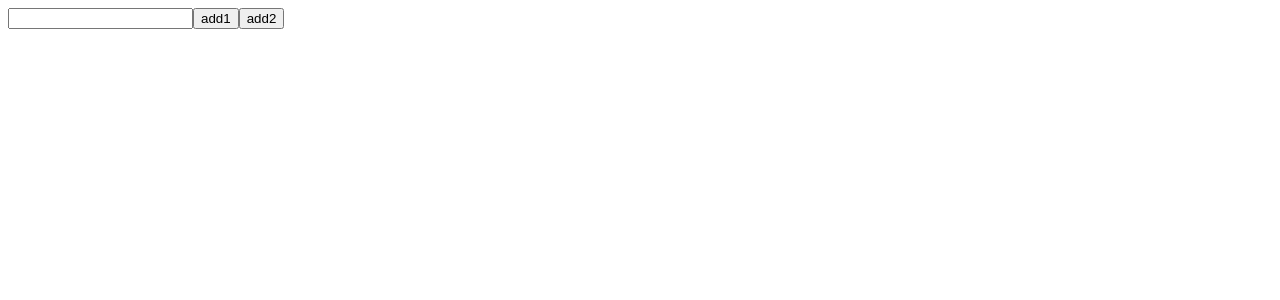
Repository: ysl200/111
Page: / (app in react/frontend/)
An editor plug-in stored every save of this project. The page is shown before and after the next save, followed by the edit.
The browser window is 1280 px wide. The pictures show the whole page.
The project was rebuilt for these pictures with package versions that can differ from the ones it lists, and the page was loaded fresh each time.

Above is the page before, as saved 2024-01-03 10:41:46.

After the next save:
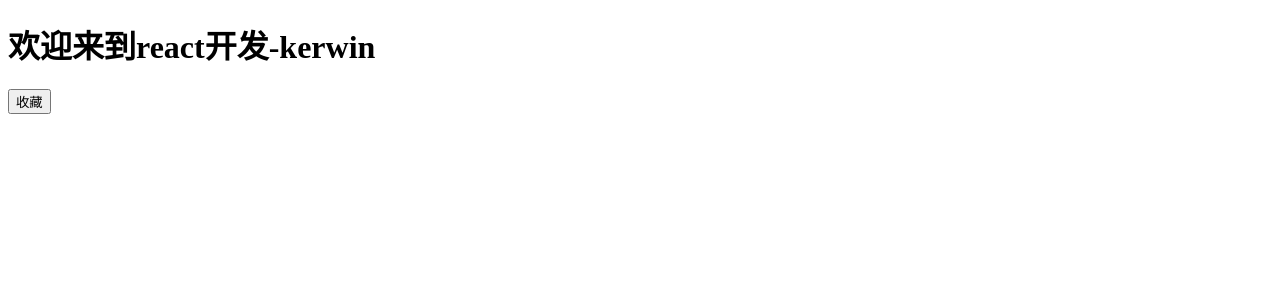
Saved 47 s later.
--- a/react/frontend/src/index.js
+++ b/react/frontend/src/index.js
@@ -2,30 +2,50 @@ import React, { Component } from "react";
 import { createRoot } from 'react-dom/client';
 
 class App extends Component {
-    myref = React.createRef();
+    a = 1;
+    // state = {
+    //     mytext:"收藏",
+    //     myShow:true
+    // }
+
+    constructor() {
+      super();
+      this.state = {
+        mytext: "收藏",
+        myShow: true,
+        myname: "kerwin",
+      };
+    }
+
     render() {
+      // var text="收藏"
+
       return (
         <div>
-          {/* <input ref="mytext"/> */}
-          <input ref={this.myref} />
+          <h1>欢迎来到react开发-{this.state.myname}</h1>
+
           <button
             onClick={() => {
-              // console.log("click1",this.refs.mytext.value)
+              //    this.state.mytext = "取消" //不用直接修改状态
 
-              console.log("click", this.myref.current.value);
+              this.setState({
+                // mytext:"取消收藏"
+                myShow: !this.state.myShow,
+                myname: "xiaoming",
+              }); // 间接修改状态
+
+              if (this.state.myShow) {
+                console.log("收藏的逻辑");
+              } else {
+                console.log("取消收藏的逻辑");
+              }
             }}
           >
-            add1
+            {this.state.myShow ? "收藏" : "取消收藏"}
           </button>
-
-          <button onClick={this.handleClick2}>add2</button>
         </div>
       );
     }
-
-    handleClick2 = () => {
-      console.log("click2", this.myref.current.value);
-    };
   }
 
 const container = document.getElementById('root');
